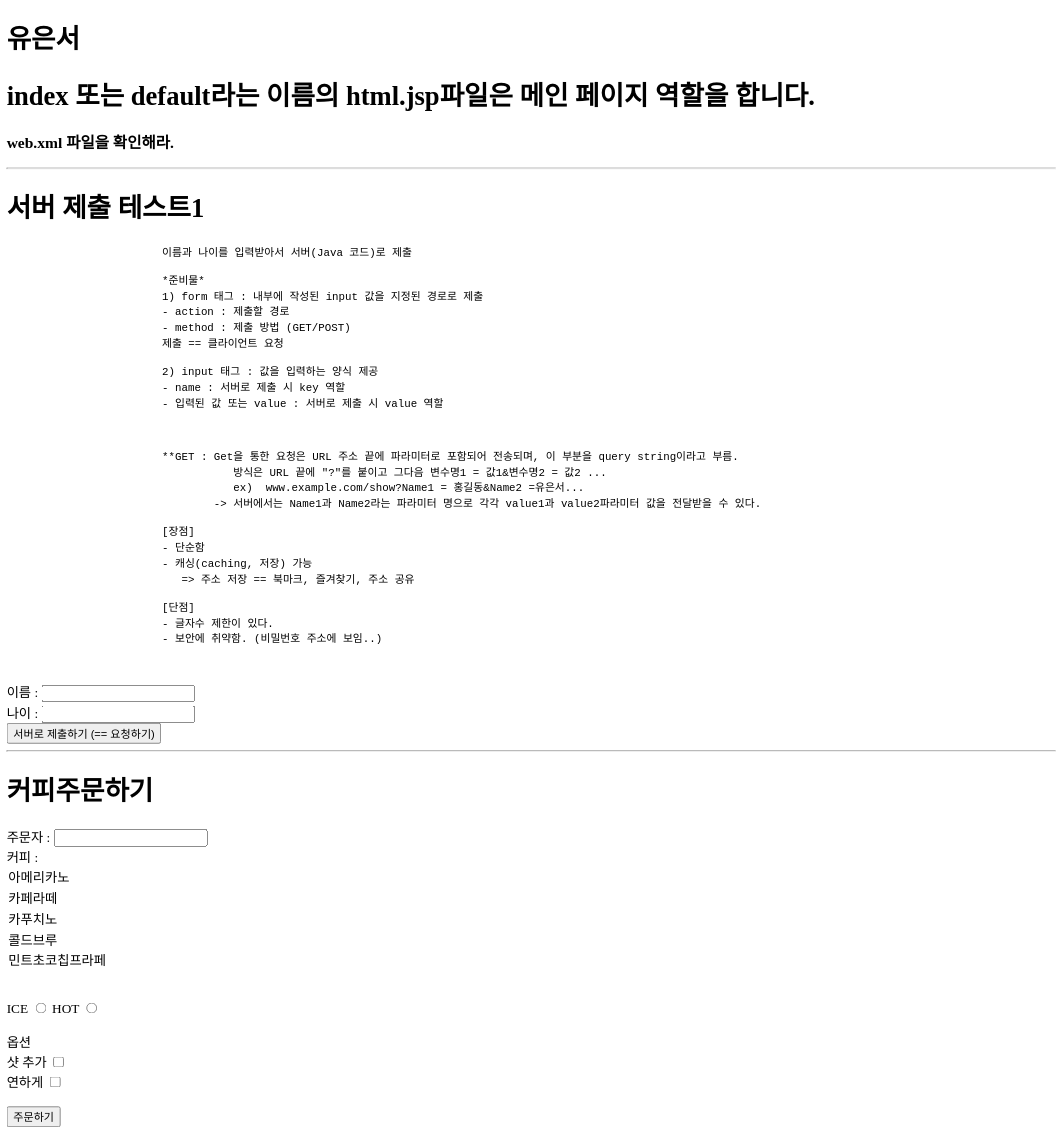
Repository: vegayes/06_Server
Page: ServletProject/src/main/webapp/index.html
An editor plug-in stored every save of this project. The page is shown before and after the next save, followed by the edit.
The browser window is 1280 px wide. The pictures show the whole page, at 83% of full size.

Above is the page before, as saved 2023-09-15 02:47:04.

After the next save:
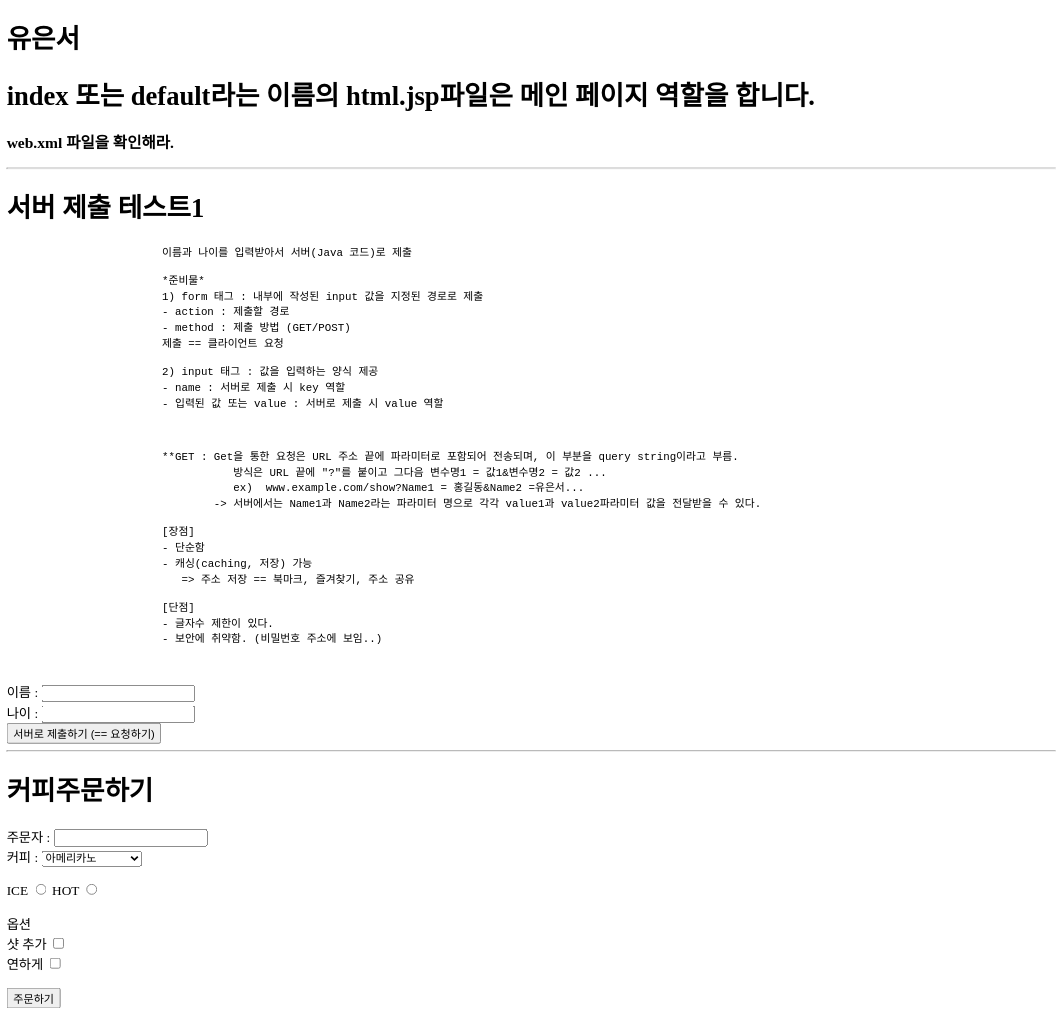
Saved 47 s later.
--- a/ServletProject/src/main/webapp/index.html
+++ b/ServletProject/src/main/webapp/index.html
@@ -59,13 +59,13 @@
 			<br>
 			<!-- option에 value 없으면 작성된 내용이 value가 됨.-->
 			커피 :
-			<section name = "coffee">
+			<select name = "coffee">
 				<option>아메리카노</option>
 				<option>카페라떼</option>
 				<option>카푸치노</option>
 				<option>콜드브루</option>
 				<option>민트초코칩프라페</option>
-			</section>
+			</select>
 
 			<br><br>
 			ICE <input type ="radio" name = "type" value="ICE">
